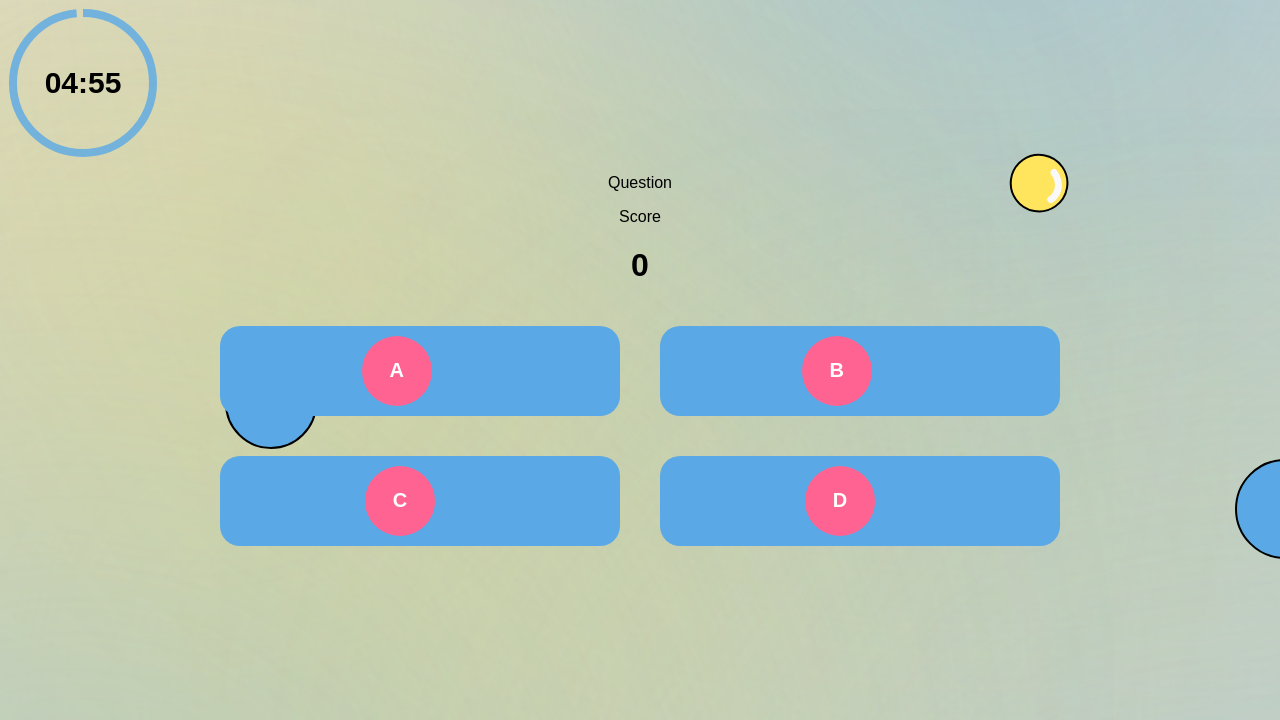
Repository: sierralaurent/SmartiePants
Page: quiz.html
The author's editor kept a copy of each file at every save. The page is drawn from the files as they stood at one save, then again after the next save.
The browser window is 1280 px wide. The pictures show the whole page.
The page's requests for data from a server got no answer.

Above is the page before, as saved 2023-05-16 22:06:45.

After the next save:
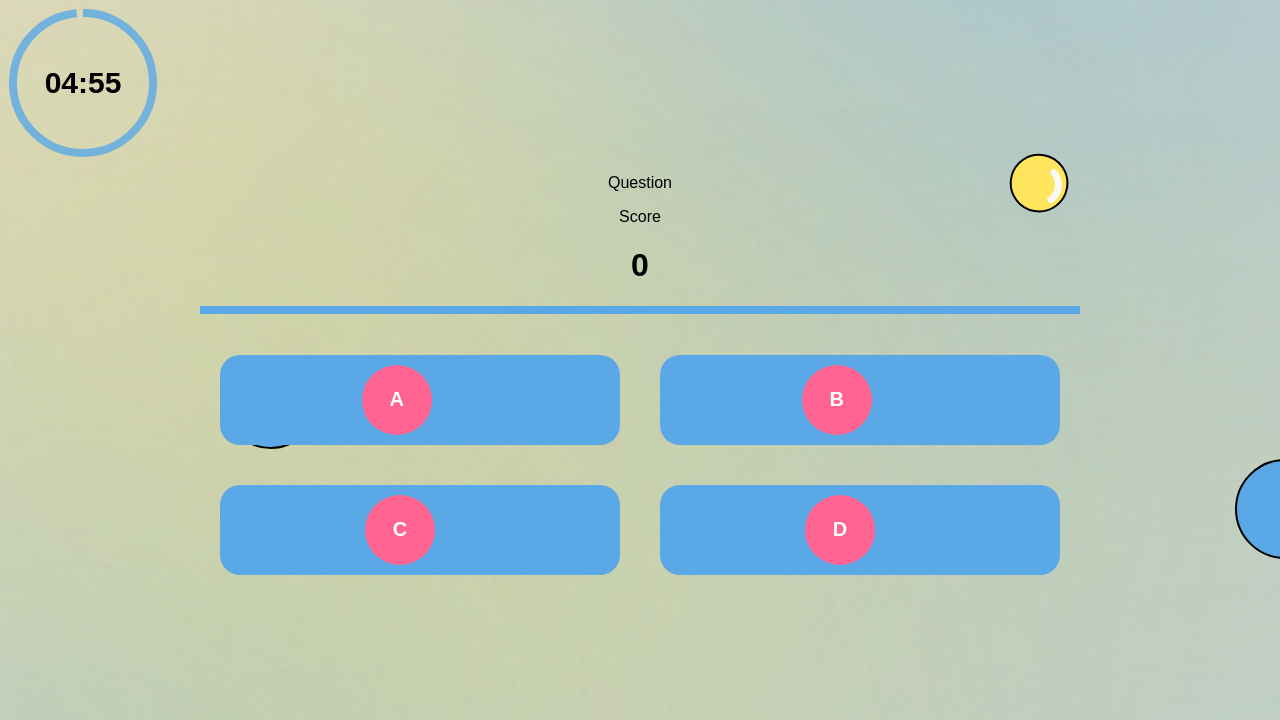
Saved 13 s later.
--- a/quiz.css
+++ b/quiz.css
@@ -86,5 +86,5 @@ margin-right: 20px;
 .question{
     font-size: 25px;
 
-    border: 4px rgba(90, 169, 230, 1);
+    border: 4px solid rgba(90, 169, 230, 1);
 }
